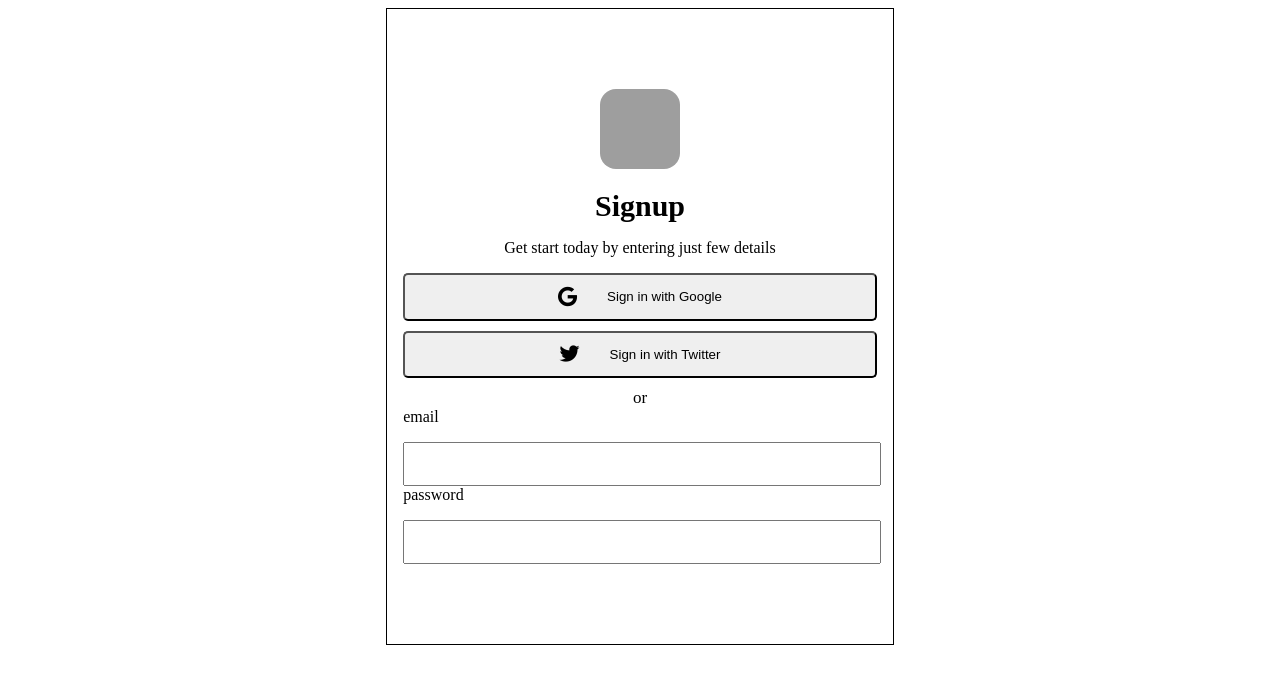
Repository: tungts3qb/Javascript
Page: sign-up/signup.html
The author's editor kept a copy of each file at every save. The page is drawn from the files as they stood at one save, then again after the next save.
The browser window is 1280 px wide. The pictures show the whole page.
Pictures or frames that could not be fetched are drawn as grey boxes.

Above is the page before, as saved 2022-12-26 22:50:56.

### sign-up/signup.html
<!DOCTYPE html>
<html lang="en">
  <head>
    <meta charset="UTF-8" />
    <meta http-equiv="X-UA-Compatible" content="IE=edge" />
    <meta name="viewport" content="width=device-width, initial-scale=1.0" />
    <link
      rel="stylesheet"
      href="https://cdnjs.cloudflare.com/ajax/libs/font-awesome/6.2.1/css/all.min.css"
      integrity="sha512-MV7K8+y+gLIBoVD59lQIYicR65iaqukzvf/nwasF0nqhPay5w/9lJmVM2hMDcnK1OnMGCdVK+iQrJ7lzPJQd1w=="
      crossorigin="anonymous"
      referrerpolicy="no-referrer"
    />
    <link rel="stylesheet" href="sign-up.css" />
    <title>Sign up</title>
  </head>
  <body>
    <div class="sign-up-form">
      <div class="sign-up-icon">
        <img
          src="https://images.unsplash.com/photo-1672037253340-1b8b99e8dceb?ixlib=rb-4.0.3&ixid=MnwxMjA3fDB8MHxwaG90by1wYWdlfHx8fGVufDB8fHx8&auto=format&fit=crop&w=387&q=80"
          alt="avatar"
          class="sign-up-logo"
        />
      </div>
      <h3 class="sign-up-title">Signup</h3>
      <p class="sign-up-desc">Get start today by entering just few details</p>
      <div class="sign-up-buttons">
        <button class="sign-up-google">
          <i class="fa-brands fa-google"></i>
          <p>Sign in with Google</p>
        </button>
        <button class="sign-up-twitter">
          <i class="fa-brands fa-twitter"></i>
          <p>Sign in with Twitter</p>
        </button>
      </div>
      <div class="sign-up-or">or</div>
      <div class="sign-up-input-form">
        <form action="" class="sign-up-input">
          <p class="sign-up-email">email</p>
          <input type="email" name="" id="" class="input_email" />
          <p class="sign-up-password">password</p>
          <input type="password" name="" id="" class="input_password" />
        </form>
      </div>
    </div>
  </body>
</html>

### sign-up/sign-up.css
.sign-up-form {
  width: 40%;
  height: auto;
  border: 1px solid black;
  margin: 0 auto;
  padding-bottom: 5rem;
}

.sign-up-icon img {
  width: 5rem;
  height: 5rem;
  border-radius: 1rem;
  object-fit: cover;
  margin-top: 5rem;
}

.sign-up-icon {
  display: flex;
  align-items: center;
  justify-content: center;
}

.sign-up-title {
  text-align: center;
  font-size: 30px;
  margin-top: 20px;
  margin-bottom: 10px;
}

.sign-up-desc {
  text-align: center;
}

.sign-up-buttons {
  display: flex;
  flex-direction: column;
  align-items: center;
}

.sign-up-google,
.sign-up-twitter {
  width: calc(100% - 2rem);
  display: flex;
  text-align: center;
  justify-content: center;
  margin-bottom: 10px;
  border-radius: 5px;
}

.sign-up-google i,
.sign-up-twitter i {
  margin-right: 20px;
  font-size: 20px;
  margin: auto 0;
  padding-right: 30px;
}

.sign-up-or {
  text-align: center;
  font-size: 17px;
}

.sign-up-input {
  width: 100%;
  margin: 0 auto;
}

/* .sign-up-input-form {
  display: flex;
  align-items: center;
  justify-content: center;
} */

.sign-up-input {
  width: calc(100% - 2rem);
}

.input_email,
.input_password {
  padding: 0;
  margin: 0;
  width: 100%;
  height: 2.5rem;
}

.sign-up-email,
.sign-up-password {
  margin-top: 0;
  margin-bottom: 1rem;
}

After the next save:
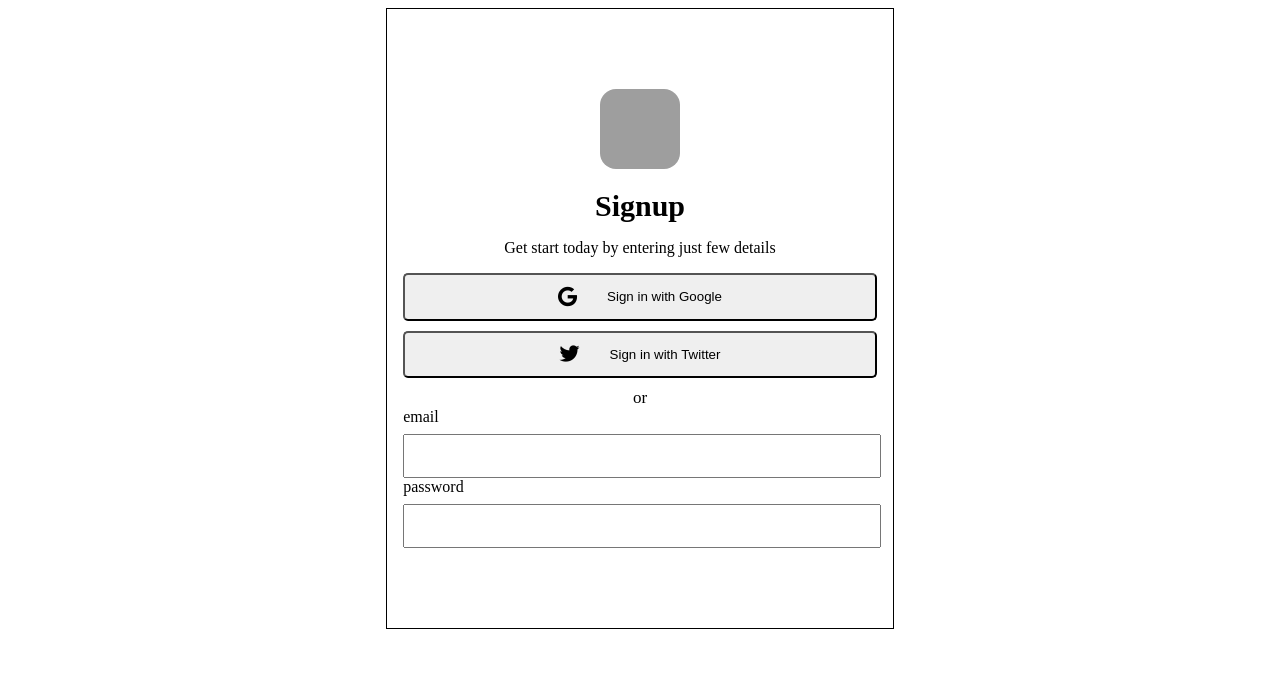
Saved 4 s later.
--- a/sign-up/sign-up.css
+++ b/sign-up/sign-up.css
@@ -86,5 +86,5 @@
 .sign-up-email,
 .sign-up-password {
   margin-top: 0;
-  margin-bottom: 1rem;
+  margin-bottom: 0.5rem;
 }
